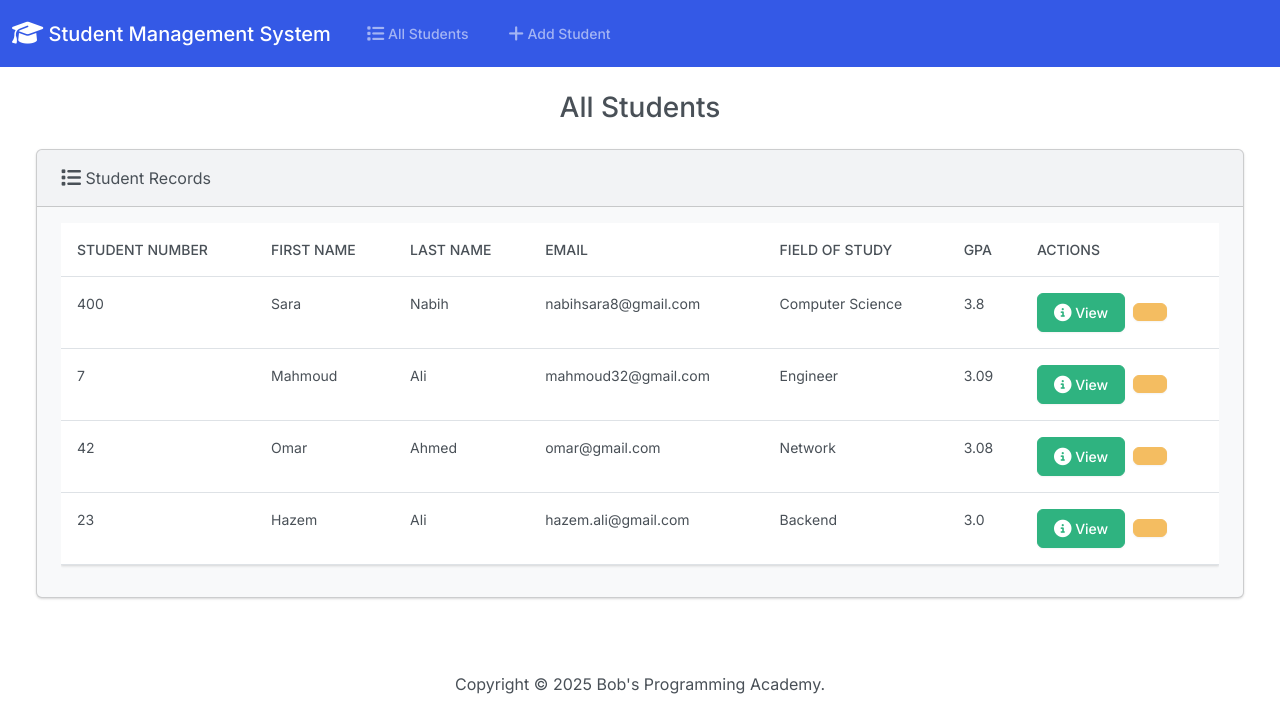
Repository: saraanbih/Student-Management-System
Page: http://localhost/
An editor plug-in stored every save of this project. The page is shown before and after the next save, followed by the edit.
The browser window is 1280 px wide. The pictures show the whole page.
Some web libraries are served in a nearby version. The page is served by the project's application, run on Django 5.2 (manage.py). The page reads the database file committed with the project.

Above is the page before, as saved 2025-09-12 23:30:13.

After the next save:
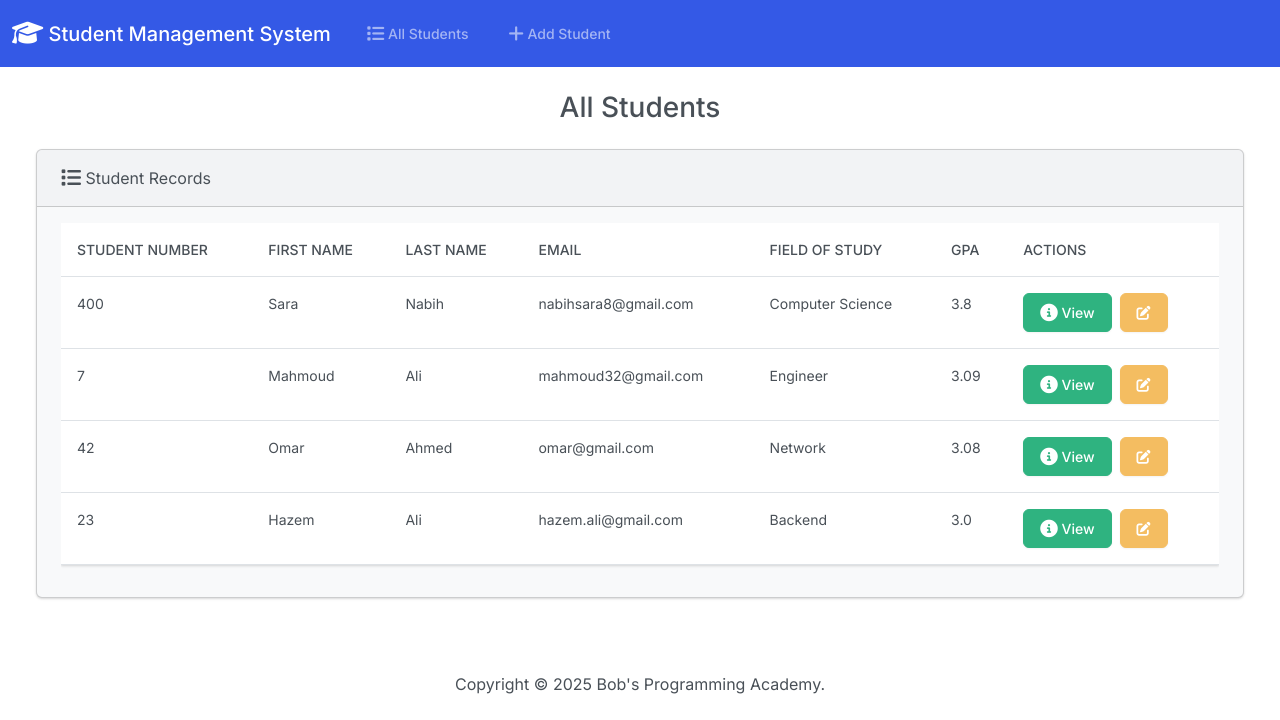
Saved 4 s later.
--- a/students/templates/students/index.html
+++ b/students/templates/students/index.html
@@ -70,7 +70,7 @@
                         </div>
 
                         <a class="btn btn-warning me-1" href="% url 'edit' student.student_id %">
-
+                          <i class="fa-solid fa-pen-to-square"></i>
                         </a>
                       </td>
                     </tr>
